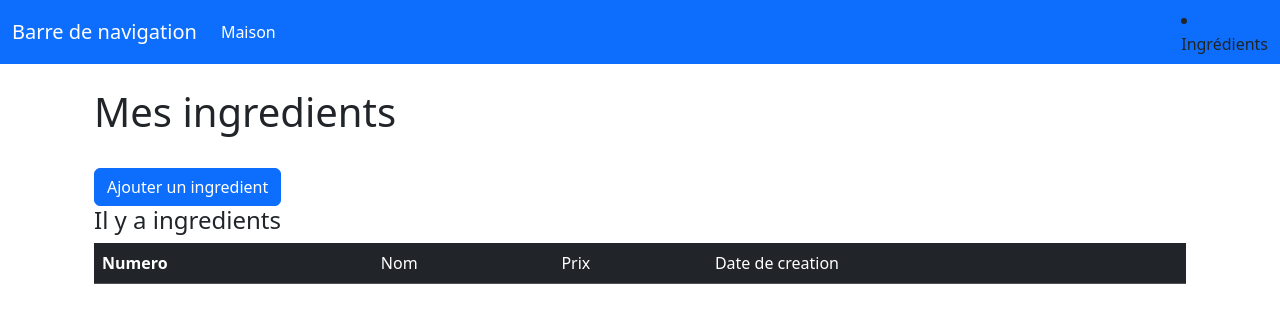
Repository: IslamBoubaker/marmit
Page: templates/pages/ingredient/index.html.twig
These files come from the project's save history. The page is drawn as it stood at one moment and after a run of saves; the edit follows.
The browser window is 1280 px wide. The pictures show the whole page.
The page is a Twig template of a Symfony application; nobody is signed in and links lead nowhere. The template is opened directly, without the code that normally fills it, so the values that code supplies are empty.

Above is the page before, as saved 2025-06-24 11:00:35.

After the next 2 saves:
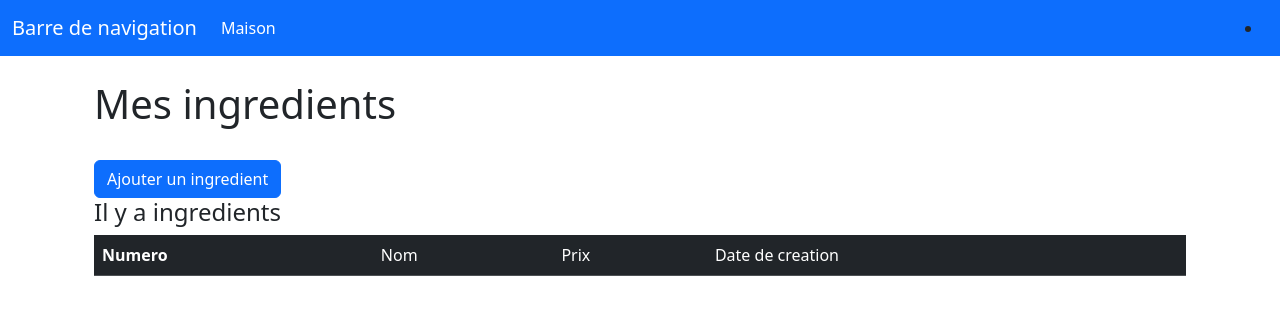
The 2 saves are shown as one change because they came seconds apart.
The last was saved 7 s later.
--- a/templates/pages/Partials/_header.html.twig
+++ b/templates/pages/Partials/_header.html.twig
@@ -15,8 +15,8 @@
         </li>
         <li class="nav-item">
           <a class="nav-link active" href="{{ path('app_ingredient') }}">
-          <font style="vertical-align: inherit;"><font style="vertical-align: inherit;">Ingrédients</font></font></a>
-        </li>
+<span>
+</span>        </li>
       </ul>
 
     </div>
